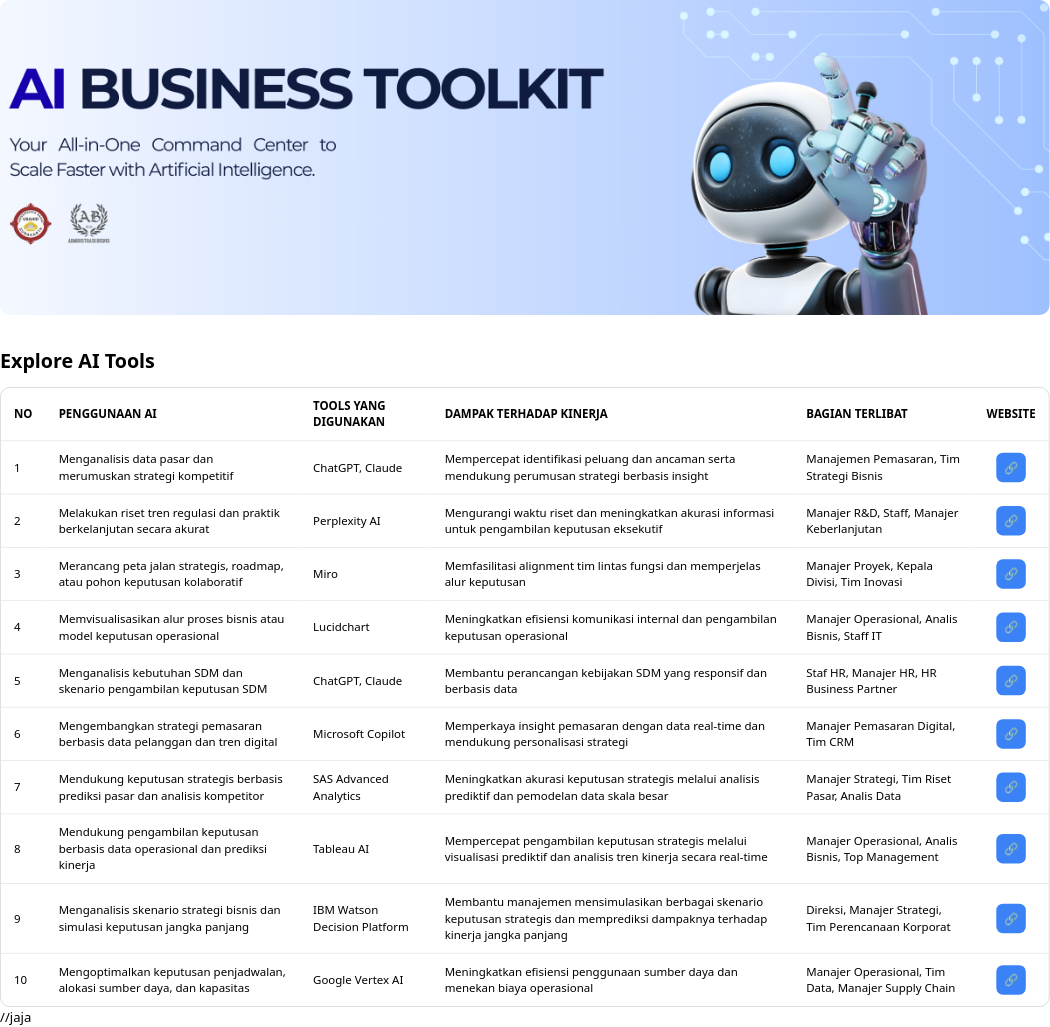
Repository: MUHAMADTEGARWIJAYA/AI-BUSINESS-TOOLKIT
Page: /ai/strategi
An editor plug-in stored every save of this project. The page is shown before and after the next save, followed by the edit.
The browser window is 1280 px wide. The pictures show the whole page, at 82% of full size.
The project was rebuilt for these pictures with package versions that can differ from the ones it lists, and the page was loaded fresh each time. Also part of the build but not shown: vite.config.js, src/views/NamaFloating.vue, src/views/FooterView.vue, src/views/HomeView.vue, src/views/AiOperansional.vue, src/views/AiSdm.vue, src/views/AiPemasaran.vue, src/views/AiKeuanganAkuntansi.vue.

Above is the page before, as saved 2026-01-08 20:27:22.

### index.html
<!DOCTYPE html>
<html lang="">
  <head>
    <meta charset="UTF-8">
    <link rel="icon" href="/favicon.ico">
    <meta name="viewport" content="width=device-width, initial-scale=1.0">
    <title>AI Tools Kit</title>
  </head>
  <body>
    <div id="app"></div>
    <script type="module" src="/src/main.js"></script>
  </body>
</html>

### src/router/index.js
import { createRouter, createWebHistory } from 'vue-router'
import HomeView from '../views/HomeView.vue'
import AiOperansional from '../views/AiOperansional.vue'
import AiSdm from '../views/AiSdm.vue'
import AiStrategi from '../views/AiStrategi.vue'
import AiPemasaran from '@/views/AiPemasaran.vue'
import AiKeuanganAkuntansi from '@/views/AiKeuanganAkuntansi.vue'
const router = createRouter({
  history: createWebHistory(import.meta.env.BASE_URL),
  routes: [
    {
      path: '/',
      name: 'home',
      component: HomeView,
    },
    {
      path: '/ai/operasional',
      name: 'ai-operansional',
      component: AiOperansional,
    },
    {
      path: '/ai/sdm',
      name: 'ai-sdm',
      component: AiSdm,
    },
    {
      path: '/ai/strategi',
      name: 'ai-strategi',
      component: AiStrategi,
    },
    {
      path: '/ai/pemasaran',
      name: 'ai-pemasaran',
      component: AiPemasaran,
    },
    {
      path: '/ai/keuangan',
      name: 'ai-keuangan',
      component: AiKeuanganAkuntansi,
    },

  ],
})

export default router

### src/views/AiStrategi.vue
<script setup>
import { aistrategi } from '@/data/data.js'
</script>

<template>
  <div class="min-h-screen bg-white">
    <div class="w-full max-w-full mb-10">
      <!-- Background Image -->
      <div
        class="w-full h-96 rounded-xl bg-cover bg-no-repeat bg-center"
        style="background-image: url('/ai.png')"
      ></div>
    </div>
    <h1 class="text-black text-2xl font-bold mb-4">Explore AI Tools</h1>
    <div>
      <div class="overflow-x-auto border bg-white border-neutral-300 rounded-xl">
        <table class="min-w-full text-sm text-left">
          <!-- Header -->
          <thead class="text-black uppercase">
            <tr>
              <th class="px-4 py-3">No</th>
              <th class="px-4 py-3">Penggunaan AI</th>
              <th class="px-4 py-3">Tools yang Digunakan</th>
              <th class="px-4 py-3">Dampak terhadap Kinerja</th>
              <th class="px-4 py-3">Bagian Terlibat</th>
              <th class="px-4 py-3 text-center">Website</th>
            </tr>
          </thead>

          <!-- Body -->
          <tbody>
            <tr v-for="(item, index) in aistrategi" :key="item.id" class="border-t transition">
              <td class="px-4 py-3 text-black">
                {{ index + 1 }}
              </td>
              <td class="px-4 py-3 text-black font-medium">
                {{ item.usage }}
              </td>
              <td class="px-4 py-3 text-black">
                {{ item.tools }}
              </td>
              <td class="px-4 py-3 text-black">
                {{ item.impact }}
              </td>
              <td class="px-4 py-3 text-black">
                {{ item.department }}
              </td>
              <td class="px-4 py-3 text-center">
                <a
                  :href="item.link"
                  target="_blank"
                  class="inline-flex items-center py-2 px-2 text-white justify-center w-9 h-9 rounded-lg bg-blue-500 hover:bg-blue-400 transition"
                >
                  🔗
                </a>
              </td>
            </tr>
          </tbody>
        </table>
      </div>

      //jaja
    </div>
  </div>
</template>

### src/data/data.js
export const lingkupAI = [
  {
    id: 1,
    title: "AI untuk Keuangan dan Akuntansi",
    image: "https://cdn-icons-png.flaticon.com/512/3135/3135706.png",
    route: "/ai/keuangan",
  },
  {
    id: 2,
    title: "AI untuk SDM dan Talent Management",
    image: "https://cdn-icons-png.flaticon.com/512/3135/3135715.png",
    route: "/ai/sdm",
  },
  {
    id: 3,
    title: "AI untuk Operasional dan Proses Internal",
    image: "https://cdn-icons-png.flaticon.com/512/3135/3135723.png",
    route: "/ai/operasional",
  },
  {
    id: 4,
    title: "AI untuk Pemasaran dan CRM",
    image: "https://cdn-icons-png.flaticon.com/512/3135/3135721.png",
    route: "/ai/pemasaran",
  },
  {
    id: 5,
    title: "AI untuk Strategi dan Pengambilan Keputusan",
    image: "https://cdn-icons-png.flaticon.com/512/3135/3135710.png",
    route: "/ai/strategi",
  },
];


// export const aiUsageData = [
//   {
//     id: 1,
//     usage: "Automasi alur kerja operasional",
//     tools: ["UiPath", "Automation Anywhere"],
//     impact: "Mempercepat proses kerja dan mengurangi tugas repetitif",
//     departments: ["Operasional", "IT"],
//     link: "https://www.uipath.com/",
//   },
//   {
//     id: 2,
//     usage: "Monitoring kinerja proses internal",
//     tools: ["Power BI", "Tableau"],
//     impact: "Memberikan laporan kinerja real-time",
//     departments: ["Manajer Operasional"],
//     link: "https://www.tableau.com/",
//   },
//   {
//     id: 3,
//     usage: "Analisis efisiensi proses kerja",
//     tools: ["Celonis"],
//     impact: "Mengidentifikasi hambatan (bottleneck) proses",
//     departments: ["Operasional", "Manajemen"],
//     link: "https://www.celonis.com/",
//   },
//   {
//     id: 4,
//     usage: "Manajemen jadwal dan tugas otomatis",
//     tools: ["ClickUp AI", "Asana AI"],
//     impact: "Meningkatkan koordinasi dan ketepatan waktu",
//     departments: ["Tim Operasional"],
//     link: "https://clickup.com/",
//   },
//   {
//     id: 5,
//     usage: "Penyaringan CV otomatis",
//     tools: ["HireVue", "Pymetrics"],
//     impact: "Mempercepat proses seleksi karyawan",
//     departments: ["HR Recruitment"],
//     link: "https://www.hirevue.com/",
//   },
//   {
//     id: 6,
//     usage: "Chatbot HR untuk karyawan",
//     tools: ["IBM Watson Assistant"],
//     impact: "Respon cepat atas pertanyaan karyawan",
//     departments: ["HR", "IT Support"],
//     link: "https://www.ibm.com/watson",
//   },
//   {
//     id: 7,
//     usage: "Analisis kinerja dan kepuasan karyawan",
//     tools: ["Qualtrics AI"],
//     impact: "Meningkatkan retensi dan engagement",
//     departments: ["HR Development"],
//     link: "https://www.qualtrics.com",
//   },
// ];


export const aiTableData = [
  {
    id: 1,
    usage: "Automasi alur kerja operasional",
    tools: "UiPath, Automation Anywhere",
    impact: "Mempercepat proses kerja dan mengurangi tugas repetitif",
    department: "Operasional, IT",
    link: "https://www.uipath.com/",
  },
  {
    id: 2,
    usage: "Monitoring kinerja proses internal",
    tools: "Power BI, Tableau",
    impact: "Memberikan laporan kinerja real-time",
    department: "Manajer Operasional",
    link: "https://www.tableau.com/",
  },
  {
    id: 3,
    usage: "Analisis efisiensi proses kerja",
    tools: "Celonis",
    impact: "Mengidentifikasi hambatan (bottleneck) proses",
    department: "Operasional, Manajemen",
    link: "https://www.celonis.com/",
  },
  {
    id: 4,
    usage: "Manajemen jadwal dan tugas otomatis",
    tools: "ClickUp AI, Asana AI",
    impact: "Meningkatkan koordinasi dan ketepatan waktu",
    department: "Tim Operasional",
    link: "https://clickup.com/",
  },
  {
    id: 5,
    usage: "Penyaringan CV otomatis",
    tools: "HireVue, Pymetrics",
    impact: "Mempercepat proses seleksi karyawan",
    department: "HR Recruitment",
    link: "https://www.hirevue.com/",
  },
  {
    id: 6,
    usage: "Chatbot HR untuk karyawan",
    tools: "IBM Watson Assistant",
    impact: "Respon cepat atas pertanyaan karyawan",
    department: "HR, IT Support",
    link: "https://www.ibm.com/watson",
  },
  {
    id: 7,
    usage: "Analisis kinerja dan kepuasan karyawan",
    tools: "Qualtrics AI",
    impact: "Meningkatkan retensi dan engagement",
    department: "HR Development",
    link: "https://www.qualtrics.com",
  },

  // ===== DATA BARU =====

  {
    id: 8,
    usage: "Onboarding karyawan berbasis AI",
    tools: "Talmundo",
    impact: "Mempercepat adaptasi karyawan baru",
    department: "HR, Manajemen",
    link: "https://talmundo.com/",
  },
  {
    id: 9,
    usage: "Analisis laporan keuangan",
    tools: "Vic.ai",
    impact: "Mempercepat proses audit dan pelaporan",
    department: "Finance Manager",
    link: "https://www.vic.ai",
  },
  {
    id: 10,
    usage: "Prediksi arus kas (cash flow forecasting)",
    tools: "Fathom",
    impact: "Membantu perencanaan keuangan",
    department: "Manajemen Keuangan",
    link: "https://www.fathomhq.com/",
  },
  {
    id: 11,
    usage: "Monitoring sistem dan jaringan",
    tools: "Dynatrace AI",
    impact: "Deteksi masalah sistem lebih cepat",
    department: "IT Infrastructure",
    link: "https://www.dynatrace.com",
  },
  {
    id: 12,
    usage: "Keamanan siber berbasis AI",
    tools: "Darktrace",
    impact: "Deteksi ancaman dan serangan siber",
    department: "IT Security",
    link: "https://www.darktrace.com",
  },
  {
    id: 13,
    usage: "Helpdesk otomatis",
    tools: "Freshdesk AI",
    impact: "Mempercepat penyelesaian tiket IT",
    department: "IT Support",
    link: "https://www.freshworks.com",
  },
    {
    id: 14,
    usage: "Prediksi kegagalan sistem",
    tools: "Splunk AI",
    impact: "Mengurangi downtime sistem",
    department: "IT Operations",
    link: "https://www.splunk.com",
  },
  {
    id: 15,
    usage: "Prediksi permintaan dan stok",
    tools: "Netstock",
    impact: "Mengurangi kelebihan dan kekurangan stok",
    department: "Supply Chain",
    link: "https://www.netstock.com",
  },

];

export const aiakutansi = [
  {
    id: 1,
    usage: "Otomatisasi pencatatan transaksi keuangan dari dokumen",
    tools: "Docparser",
    impact: "Mempercepat pencatatan dan mengurangi kesalahan input",
    department: "Staff Akuntansi",
    link: "https://docparser.com",
  },
  {
    id: 2,
    usage:
      "Ekstraksi otomatis data keuangan dari dokumen seperti invoice, faktur, dan bukti transaksi menggunakan AI OCR",
    tools: "Rossum",
    impact: "Menghemat waktu pemrosesan dokumen",
    department: "Finance",
    link: "https://rossum.ai/",
  },
  {
    id: 3,
    usage:
      "Analisis anomali dan deteksi kesalahan pada laporan keuangan secara otomatis",
    tools: "Vic.ai",
    impact: "Deteksi kesalahan laporan lebih cepat",
    department: "Akuntan, Auditor",
    link: "https://vic.ai/",
  },
  {
    id: 4,
    usage: "Manajemen dan otomatisasi pencatatan pengeluaran perusahaan",
    tools: "Expensify",
    impact: "Kontrol biaya lebih efisien",
    department: "Finance",
    link: "https://www.expensify.com/",
  },
  {
    id: 5,
    usage:
      "Prediksi kondisi keuangan dan arus kas untuk perencanaan keuangan strategis",
    tools: "Planful",
    impact: "Membantu perencanaan keuangan strategis",
    department: "Manajemen Keuangan",
    link: "https://planful.com/",
  },
  {
    id: 6,
    usage:
      "Klasifikasi dan integrasi transaksi keuangan secara otomatis dari berbagai sumber",
    tools: "TrueLayer",
    impact: "Laporan keuangan lebih rapi dan terstruktur",
    department: "Finance",
    link: "https://truelayer.com/",
  },
  {
    id: 7,
    usage: "Pembuatan dan analisis laporan keuangan secara otomatis",
    tools: "Fathom",
    impact: "Proses pelaporan lebih cepat dan akurat",
    department: "Akuntansi",
    link: "https://www.fathomhq.com/",
  },
  {
    id: 8,
    usage:
      "Audit dan pemeriksaan laporan keuangan berbasis analisis data dan AI",
    tools: "MindBridge",
    impact: "Mengurangi risiko kesalahan audit",
    department: "Auditor",
    link: "https://www.mindbridge.ai/",
  },
  {
    id: 9,
    usage:
      "Pengelolaan dan perhitungan pajak perusahaan secara otomatis",
    tools: "Taxfyle",
    impact: "Perhitungan pajak lebih akurat dan efisien",
    department: "Pajak & Finance",
    link: "https://www.taxfyle.com/",
  },
  {
    id: 10,
    usage: "Analisis dan integrasi data transaksi keuangan",
    tools: "Plaid",
    impact: "Akses data keuangan lebih cepat dan aman",
    department: "Departemen Keuangan, Teknologi Informasi",
    link: "https://plaid.com/",
  },
];


export const aipemasaran = [
  {
    id: 1,
    usage: "Personalisasi kampanye email marketing berbasis perilaku pelanggan",
    tools: "HubSpot AI",
    impact: "Meningkatkan efisiensi operasional",
    department: "Kelima Hub utama dan Smart CRM",
    link: "https://share.google/svb66iCHxYxeC3ejC",
  },
  {
    id: 2,
    usage: "Memprediksi prospek yang paling mungkin dikonversi untuk mempercepat penjualan",
    tools: "Salesforce Einstein AI",
    impact:
      "Meningkatkan pengalaman pelanggan melalui otomatisasi dan wawasan berbasis data",
    department: "Tim Engineering dan Pengembangan Internal Salesforce",
    link: "https://share.google/QDjC6NkpuCYJP28eD",
  },
  {
    id: 3,
    usage: "Otomatisasi setiap aspek manajemen media sosial",
    tools: "Hootsuite AI",
    impact:
      "Meningkatkan efisiensi operasional dan efektivitas strategi media sosial",
    department: "Engineering dan Produk Internal Hootsuite",
    link: "https://share.google/iHDpl7pSO8nWYQp84",
  },
  {
    id: 4,
    usage: "Analisis data penjualan",
    tools: "Pipedrive AI",
    impact: "Transformasi signifikan terhadap kinerja penjualan",
    department: "Manajemen dan Eksekutif",
    link: "https://www.pipedrive.com",
  },
  {
    id: 5,
    usage:
      "Membuat asisten virtual cerdas untuk layanan pelanggan dan otomatisasi tugas",
    tools: "watsonx.ai",
    impact: "Peningkatan efisiensi dan produktivitas",
    department: "Integrated AI Studio",
    link: "https://www.ibm.com/products/watsonx-ai",
  },
  {
    id: 6,
    usage: "Otomatisasi email marketing dan customer journey",
    tools: "ActiveCampaign AI",
    impact: "Engagement pelanggan meningkat",
    department: "Digital Marketing",
    link: "https://www.activecampaign.com",
  },
  {
    id: 7,
    usage: "Manajemen data dan interaksi pelanggan",
    tools: "Zoho CRM (Zia AI)",
    impact: "Data pelanggan lebih terstruktur",
    department: "CRM Officer, Sales",
    link: "https://www.zoho.com/crm",
  },
  {
    id: 8,
    usage: "Personalisasi komunikasi pelanggan",
    tools: "Intercom AI",
    impact: "Pengalaman pelanggan lebih personal",
    department: "Customer Success Team",
    link: "https://www.intercom.com",
  },
  {
    id: 9,
    usage: "Otomatisasi customer support",
    tools: "Zendesk AI",
    impact: "Penyelesaian tiket lebih cepat",
    department: "Customer Support",
    link: "https://www.zendesk.com/ai/",
  },
  {
    id: 10,
    usage: "Memantau kesehatan hubungan dengan pelanggan",
    tools: "C3 AI",
    impact: "Menjangkau dan meningkatkan keterlibatan pelanggan",
    department: "CRM Officer",
    link: "https://c3.ai",
  },
  {
    id: 11,
    usage: "Membuat jawaban template dan closing penjualan otomatis",
    tools: "Cekat.AI",
    impact:
      "Menjawab pertanyaan pelanggan dan melakukan closing penjualan otomatis 24/7",
    department: "Customer Support",
    link: "https://cekat.ai",
  },
  {
    id: 12,
    usage:
      "Membuat closing penjualan otomatis, penjadwalan janji, dan penanganan isu",
    tools: "Halo AI",
    impact:
      "Menutup penjualan, rekomendasi & upsell, proses pembayaran, dan follow up",
    department: "Customer Support",
    link: "https://haloai.id",
  },
  {
    id: 13,
    usage:
      "Manajemen order (OMS), integrasi omnichannel, dan chatbot AI",
    tools: "Arunika.ai",
    impact:
      "CRM terhubung dalam satu platform untuk layanan pelanggan lebih cepat dan transparan",
    department: "CRM Officer",
    link: "https://arunika.ai",
  },
  {
    id: 14,
    usage: "Pembuatan konten dan optimasi SEO",
    tools: "Copy.ai",
    impact: "Membuat konten berkualitas tinggi",
    department: "Content Creator, Copywriter",
    link: "https://www.copy.ai",
  },
   {
    id: 15,
    usage: "AI di CRM sales (prospecting + personalisasi email)",
    tools: "Freshworks Freddy AI",
    impact: "Prospecting lebih cepat, email lebih relevan",
    department: "Sales/SDR, RevOps",
    link: "https://www.freshworks.com/crm/freddy-ai",
  },
];


export const aistrategi = [
  {
    id: 1,
    usage: "Menganalisis data pasar dan merumuskan strategi kompetitif",
    tools: "ChatGPT, Claude",
    impact:
      "Mempercepat identifikasi peluang dan ancaman serta mendukung perumusan strategi berbasis insight",
    department: "Manajemen Pemasaran, Tim Strategi Bisnis",
    link: "https://chat.openai.com, https://claude.ai",
  },
  {
    id: 2,
    usage:
      "Melakukan riset tren regulasi dan praktik berkelanjutan secara akurat",
    tools: "Perplexity AI",
    impact:
      "Mengurangi waktu riset dan meningkatkan akurasi informasi untuk pengambilan keputusan eksekutif",
    department: "Manajer R&D, Staff, Manajer Keberlanjutan",
    link: "https://www.perplexity.ai",
  },
  {
    id: 3,
    usage:
      "Merancang peta jalan strategis, roadmap, atau pohon keputusan kolaboratif",
    tools: "Miro",
    impact:
      "Memfasilitasi alignment tim lintas fungsi dan memperjelas alur keputusan",
    department: "Manajer Proyek, Kepala Divisi, Tim Inovasi",
    link: "https://miro.com",
  },
  {
    id: 4,
    usage:
      "Memvisualisasikan alur proses bisnis atau model keputusan operasional",
    tools: "Lucidchart",
    impact:
      "Meningkatkan efisiensi komunikasi internal dan pengambilan keputusan operasional",
    department: "Manajer Operasional, Analis Bisnis, Staff IT",
    link: "https://www.lucidchart.com",
  },
  {
    id: 5,
    usage:
      "Menganalisis kebutuhan SDM dan skenario pengambilan keputusan SDM",
    tools: "ChatGPT, Claude",
    impact:
      "Membantu perancangan kebijakan SDM yang responsif dan berbasis data",
    department: "Staf HR, Manajer HR, HR Business Partner",
    link: "https://chat.openai.com, https://claude.ai",
  },
  {
    id: 6,
    usage:
      "Mengembangkan strategi pemasaran berbasis data pelanggan dan tren digital",
    tools: "Microsoft Copilot",
    impact:
      "Memperkaya insight pemasaran dengan data real-time dan mendukung personalisasi strategi",
    department: "Manajer Pemasaran Digital, Tim CRM",
    link: "https://copilot.microsoft.com",
  },
  {
    id: 7,
    usage:
      "Mendukung keputusan strategis berbasis prediksi pasar dan analisis kompetitor",
    tools: "SAS Advanced Analytics",
    impact:
      "Meningkatkan akurasi keputusan strategis melalui analisis prediktif dan pemodelan data skala besar",
    department: "Manajer Strategi, Tim Riset Pasar, Analis Data",
    link: "https://www.sas.com",
  },
  {
    id: 8,
    usage:
      "Mendukung pengambilan keputusan berbasis data operasional dan prediksi kinerja",
    tools: "Tableau AI",
    impact:
      "Mempercepat pengambilan keputusan strategis melalui visualisasi prediktif dan analisis tren kinerja secara real-time",
    department: "Manajer Operasional, Analis Bisnis, Top Management",
    link: "https://www.tableau.com",
  },
  {
    id: 9,
    usage:
      "Menganalisis skenario strategi bisnis dan simulasi keputusan jangka panjang",
    tools: "IBM Watson Decision Platform",
    impact:
      "Membantu manajemen mensimulasikan berbagai skenario keputusan strategis dan memprediksi dampaknya terhadap kinerja jangka panjang",
    department: "Direksi, Manajer Strategi, Tim Perencanaan Korporat",
    link: "https://www.ibm.com/watson",
  },
  {
    id: 10,
    usage:
      "Mengoptimalkan keputusan penjadwalan, alokasi sumber daya, dan kapasitas",
    tools: "Google Vertex AI",
    impact:
      "Meningkatkan efisiensi penggunaan sumber daya dan menekan biaya operasional",
    department: "Manajer Operasional, Tim Data, Manajer Supply Chain",
    link: "https://cloud.google.com/vertex-ai",
  },
];

Loaded but not shown: src/main.js (common file); src/assets/main.css (common file); src/App.vue (common file); tailwind.config.js (common file)

After the next save:
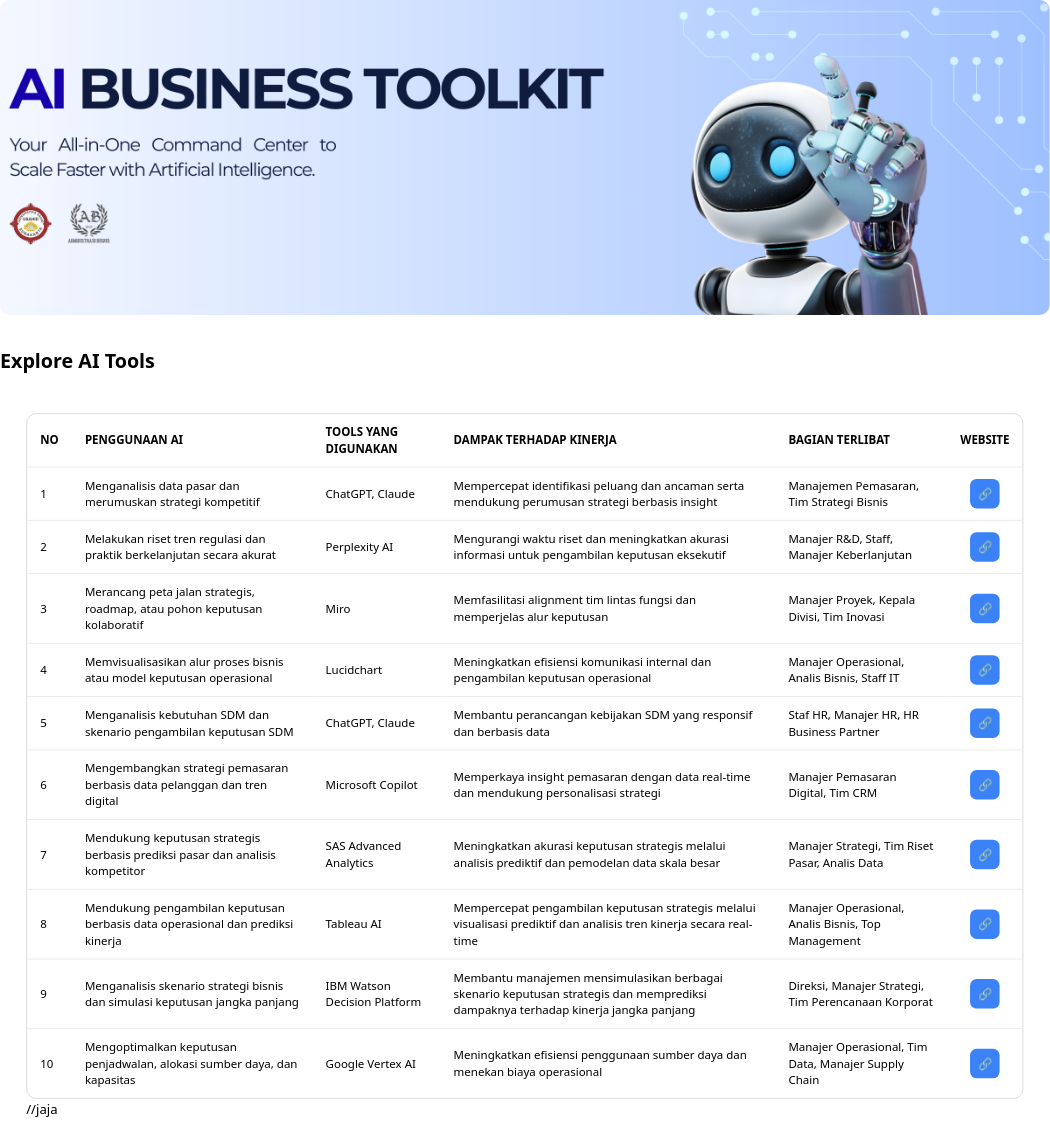
Saved 10 s later.
--- a/src/views/AiStrategi.vue
+++ b/src/views/AiStrategi.vue
@@ -12,7 +12,7 @@
       ></div>
     </div>
     <h1 class="text-black text-2xl font-bold mb-4">Explore AI Tools</h1>
-    <div>
+    <div class="p-8">
       <div class="overflow-x-auto border bg-white border-neutral-300 rounded-xl">
         <table class="min-w-full text-sm text-left">
           <!-- Header -->
